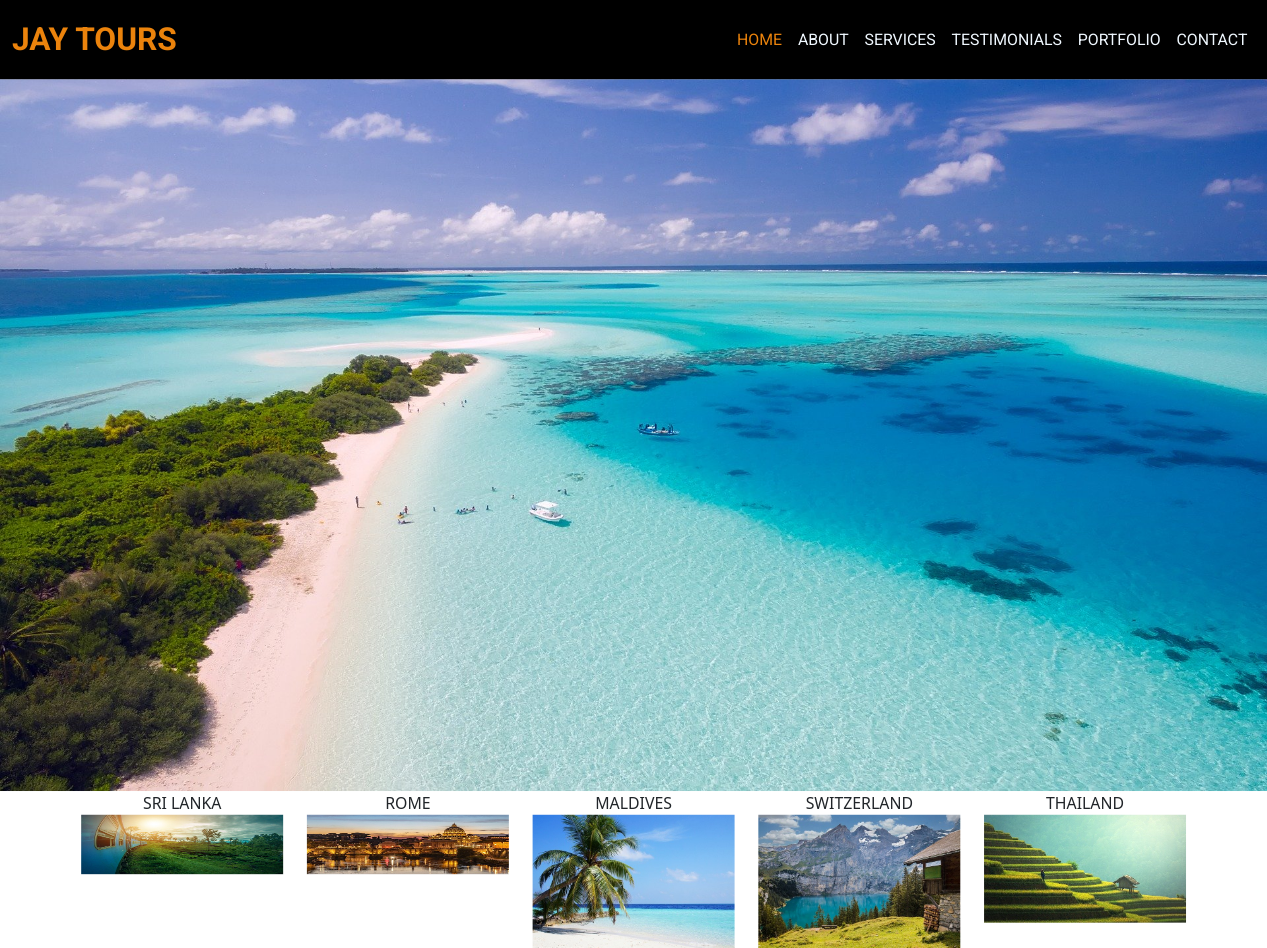
Repository: kasundiudn/Jay-Travel
Page: index.html
An editor plug-in stored every save of this project. The page is shown before and after the next save, followed by the edit.
The browser window is 1280 px wide. The pictures show the whole page, at 99% of full size.

Above is the page before, as saved 2025-06-26 10:21:25.

### index.html
<!doctype html>
<html lang="en">
  <head>
    <meta charset="utf-8">
    <meta name="viewport" content="width=device-width, initial-scale=1">
    <title>Bootstrap demo</title>
    <link rel="preconnect" href="https://fonts.googleapis.com">
    <link rel="preconnect" href="https://fonts.gstatic.com" crossorigin>
    <link href="https://fonts.googleapis.com/css2?family=Roboto:ital,wght@0,100..900;1,100..900&display=swap" rel="stylesheet">
    <link href="https://cdn.jsdelivr.net/npm/bootstrap@5.3.7/dist/css/bootstrap.min.css" rel="stylesheet" integrity="sha384-LN+7fdVzj6u52u30Kp6M/trliBMCMKTyK833zpbD+pXdCLuTusPj697FH4R/5mcr" crossorigin="anonymous">
  <style>
    header{  font-family: "Roboto", sans-serif;
           }
    .nav-link{
        color: aliceblue;
    }

  </style>
  </head>
  <body>
<header>
    <nav class="navbar navbar-expand-lg " style="background-color: black; height: 80px;">
  <div class="container-fluid">
    <a class="navbar-brand" href="#" style="color: #eb830c; font-weight: bold;  font-size:xx-large;">JAY TOURS</a>
    <button class="navbar-toggler" type="button" data-bs-toggle="collapse" data-bs-target="#navbarSupportedContent" aria-controls="navbarSupportedContent" aria-expanded="false" aria-label="Toggle navigation">
      <span class="navbar-toggler-icon"></span>
    </button>
    <div class="collapse navbar-collapse justify-content-end" id="navbarSupportedContent">
      <ul class="navbar-nav mb-2 mb-lg-0">
        <li class="nav-item">
          <a class="nav-link active" aria-current="page" href="#" style="color: #eb830c;">HOME</a>
        </li>
        <li class="nav-item">
          <a class="nav-link" href="#">ABOUT</a>
        </li>
         <li class="nav-item">
          <a class="nav-link" href="#">SERVICES</a>
        </li>
         <li class="nav-item">
          <a class="nav-link" href="#">TESTIMONIALS</a>
        </li>
         <li class="nav-item">
          <a class="nav-link" href="#">PORTFOLIO</a>
        </li>
         <li class="nav-item">
          <a class="nav-link" href="#">CONTACT</a>
        </li>
    </div>
  </div>
</nav>
</header>
<img src="main.jpg" alt="Beach image" style="width: 100%; height: auto;">

<div class="container text-center">
  <div class="row">
    <div class="col">
      SRI LANKA
      <img src="Sri Lanka.jpg" alt="SRI LANKA" style="width: 100%; height: 60px;">
    </div>
    <div class="col">
      ROME
      <img src="Rome.jpg" alt="ROME" style="width: 100%; height: 60px;">
    </diV>
    <div class="col">
      MALDIVES
      <img src="Maldives.jpg" alt="MALDIVES" style="width: 100%; height: auto;">
    </div>
    <div class="col">
      SWITZERLAND
        <img src="Switzerland.jpg" alt="SWITZERLAND" style="width: 100%; height: auto;">
    </div>
    <div class="col">
      THAILAND
        <img src="Thailand.jpg" alt="THAILAND" style="width: 100%; height: auto;">
    </div>
  </div>
</div>

    <script src="https://cdn.jsdelivr.net/npm/@popperjs/core@2.11.8/dist/umd/popper.min.js" integrity="sha384-I7E8VVD/ismYTF4hNIPjVp/Zjvgyol6VFvRkX/vR+Vc4jQkC+hVqc2pM8ODewa9r" crossorigin="anonymous"></script>
<script src="https://cdn.jsdelivr.net/npm/bootstrap@5.3.7/dist/js/bootstrap.min.js" integrity="sha384-7qAoOXltbVP82dhxHAUje59V5r2YsVfBafyUDxEdApLPmcdhBPg1DKg1ERo0BZlK" crossorigin="anonymous"></script>
  </body>
</html>

After the next save:
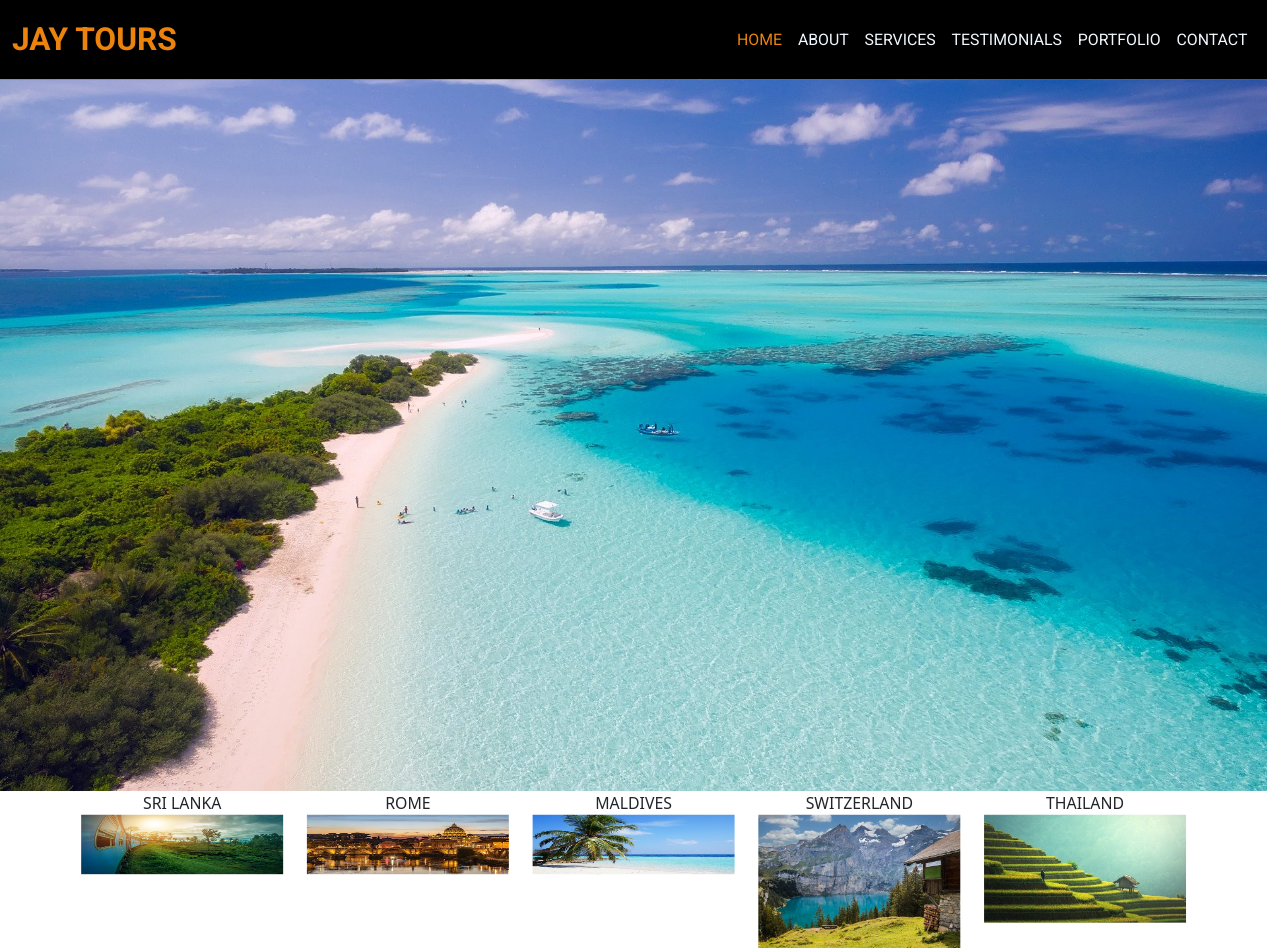
Saved 6 s later.
--- a/index.html
+++ b/index.html
@@ -63,7 +63,7 @@
     </diV>
     <div class="col">
       MALDIVES
-      <img src="Maldives.jpg" alt="MALDIVES" style="width: 100%; height: auto;">
+      <img src="Maldives.jpg" alt="MALDIVES" style="width: 100%; height: 60px;">
     </div>
     <div class="col">
       SWITZERLAND
